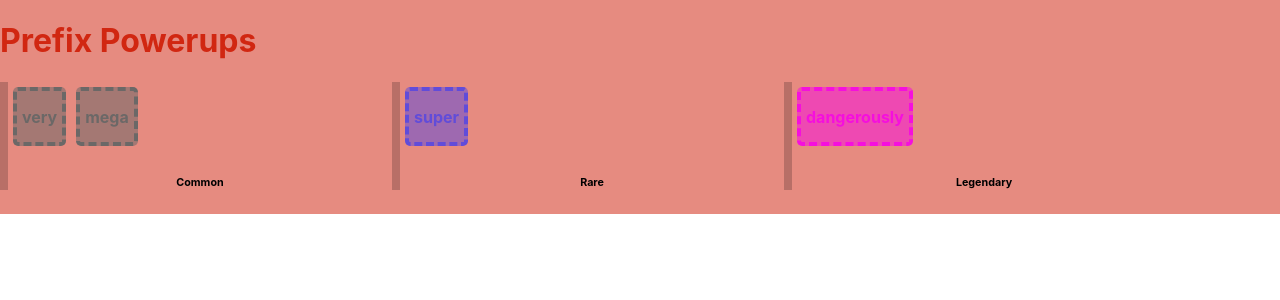
Repository: bsalgado98/buns-inator
Page: /
An editor plug-in stored every save of this project. The page is shown before and after the next save, followed by the edit.
The browser window is 1280 px wide. The pictures show the whole page.
The project was rebuilt for these pictures with package versions that can differ from the ones it lists, and the page was loaded fresh each time.

Above is the page before, as saved 2022-04-25 22:41:05.

### src/index.css
body {
    margin: 0;
    padding: 0;
    font-family: -apple-system, BlinkMacSystemFont, 'Segoe UI', 'Roboto', 'Oxygen',
        'Ubuntu', 'Cantarell', 'Fira Sans', 'Droid Sans', 'Helvetica Neue',
        sans-serif;
    -webkit-font-smoothing: antialiased;
    -moz-osx-font-smoothing: grayscale;
}

code {
    font-family: source-code-pro, Menlo, Monaco, Consolas, 'Courier New', monospace;
}

### src/App.js
import './App.css';
import WordBank from './components/WordBank/WordBank'

function App() {
    const wordList = {
        prefixPowerups: [
            {
                sectionTitle: "Common",
                words: ['very', 'mega'],
                color: "#6b6867"
            },
            {
                sectionTitle: "Rare",
                words: ['super'],
                color: "#614cd9"
            },
            {
                sectionTitle: "Legendary",
                words: ['dangerously'],
                color: "#f50fde"
            }
        ]
    }

    return (
        <div className="App">
            <WordBank bankTitle='Prefix Powerups' color="#d12711" wordCollection={wordList.prefixPowerups}/>
        </div>
    );
}

export default App;

### src/components/WordBank/WordBank.js
import createWordSection from "../../utility/wordSection"

const WordBank = ({ bankTitle = "N/A", color = "#000000", wordCollection = [] }) => {
    const styles = {
        container: {
            style: {
                backgroundColor: `${color}88`,
                display: 'flex',
                flexDirection: 'column'
            }
        },
        title: {
            style: {
                color: color
            },
            container: {
                style: {
                    display: 'flex',
                    width: '100%'
                }
            }
        },
        collectionArea: {
            style: {
                display: 'flex'
            },
            section: {
                style: {
                    display: 'flex',
                    flexDirection: 'column',
                    width: '30%'
                },
                wordArea: {
                    style: {
                        display: 'flex'
                    }
                }
            }
        },
        divider: {
            style: {
                height: '100px',
                width: '0px',
                border: '4px solid black',
                opacity: '0.2'
            }
        }
    }
    return (
        <div style={styles.container.style}>
            <div style={styles.title.container.style}>
                <h1 style={styles.title.style}>{bankTitle}</h1>
            </div>
            <div style={styles.collectionArea.style}>
                {wordCollection.map((section, i) => {
                    return (
                        <>
                            <span style={styles.divider.style}></span>
                            <div key={`section-${i}`} style={styles.collectionArea.section.style}>
                                <div style={styles.collectionArea.section.wordArea.style}>
                                    {createWordSection(section.words, section.color)}
                                </div>
                                <h6>{section.sectionTitle}</h6>
                            </div>
                        </>
                    )
                })}
            </div>
        </div>
    )
}

export default WordBank

### src/utility/wordSection.js
import WordCard from "../components/WordCard/WordCard";

function createWordSection(words, wordColor) {
    return words.map((word, i) => <WordCard key={`word-${i}`} text={word} color={wordColor} />)
}

export default createWordSection

### src/components/WordCard/WordCard.js
const WordCard = ({ text = "N/A", color = "#000000" }) => {
    const styles = {
        container: {
            style: {
                background: `${color}88`,
                display: 'flex',
                border: `4px dashed ${color}`,
                margin: '5px',
                padding: '5px',
                borderRadius: '5px'
            }
        },
        text: {
            style: {
                color: color,
                fontSize: '16px'
            }
        }
    }
    return (
        <div style={styles.container.style}>
            <h1 style={styles.text.style}>{text}</h1>
        </div>
    )
}

export default WordCard

Loaded but not shown: public/index.html (common file); src/index.js (common file); src/reportWebVitals.js (common file); src/App.css (common file)

After the next save:
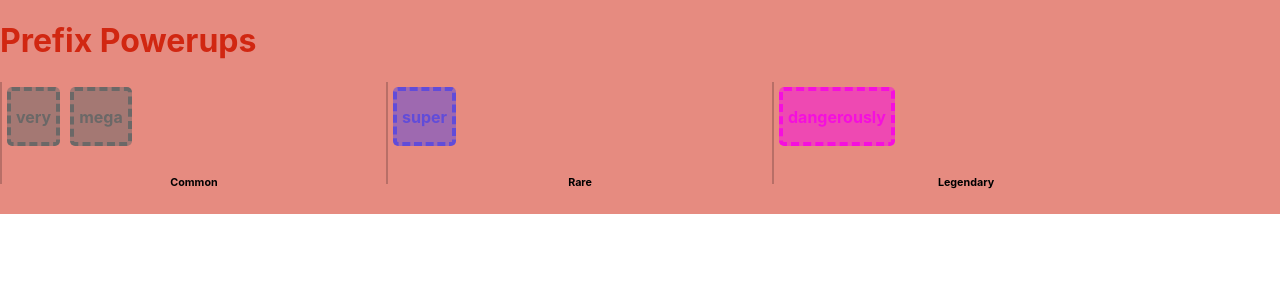
Saved 4 s later.
--- a/src/components/WordBank/WordBank.js
+++ b/src/components/WordBank/WordBank.js
@@ -41,7 +41,7 @@ const WordBank = ({ bankTitle = "N/A", color = "#000000", wordCollection = [] })
             style: {
                 height: '100px',
                 width: '0px',
-                border: '4px solid black',
+                border: '1px solid black',
                 opacity: '0.2'
             }
         }
